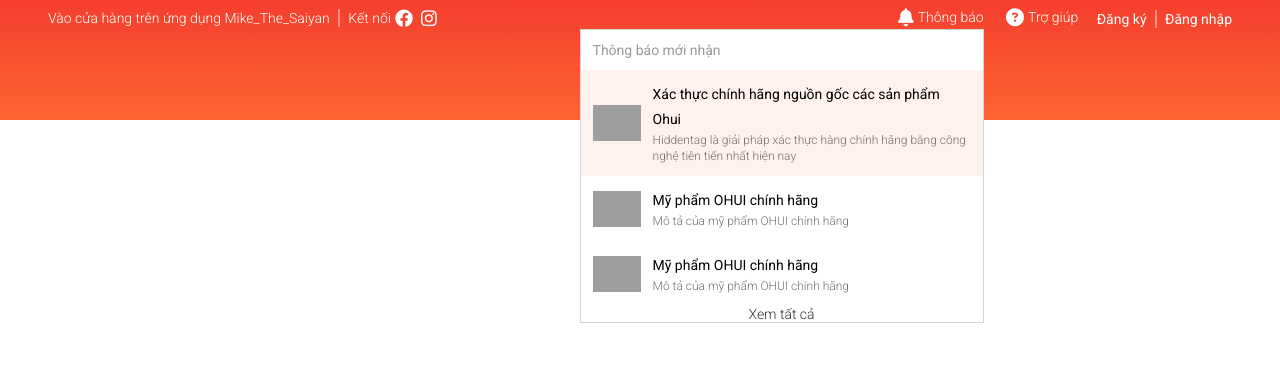
Repository: thefellowshiplotr/project_shopee
Page: index.html
The author's editor kept a copy of each file at every save. The page is drawn from the files as they stood at one save, then again after the next save.
The browser window is 1280 px wide. The pictures show the whole page.
Pictures or frames that could not be fetched are drawn as grey boxes.

Above is the page before, as saved 2022-11-07 10:30:22.

After the next save:
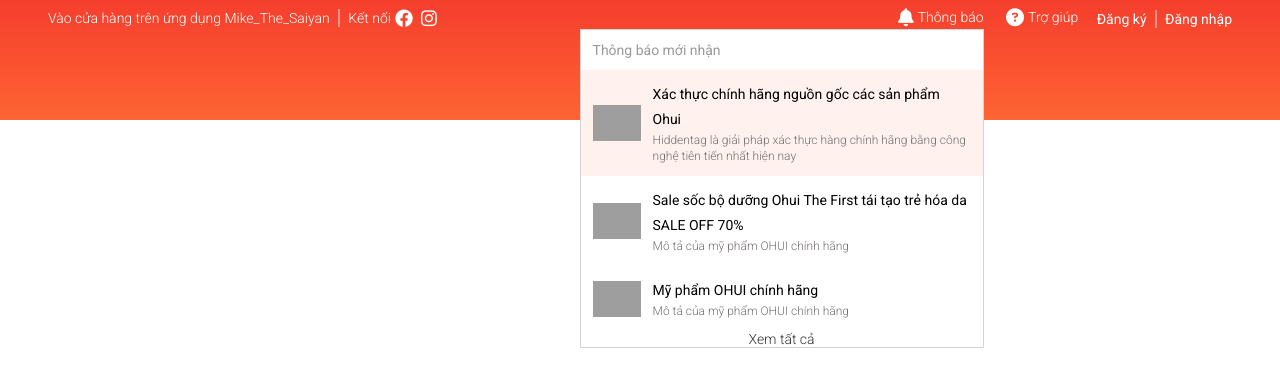
Saved 45 s later.
--- a/index.html
+++ b/index.html
@@ -117,7 +117,8 @@
                         />
                         <div class="header__notify-info">
                           <span class="header__notify-name"
-                            >Mỹ phẩm OHUI chính hãng</span
+                            >Sale sốc bộ dưỡng Ohui The First tái tạo trẻ hóa da
+                            SALE OFF 70%</span
                           >
                           <span class="header__notify-description"
                             >Mô tả của mỹ phẩm OHUI chính hãng</span
